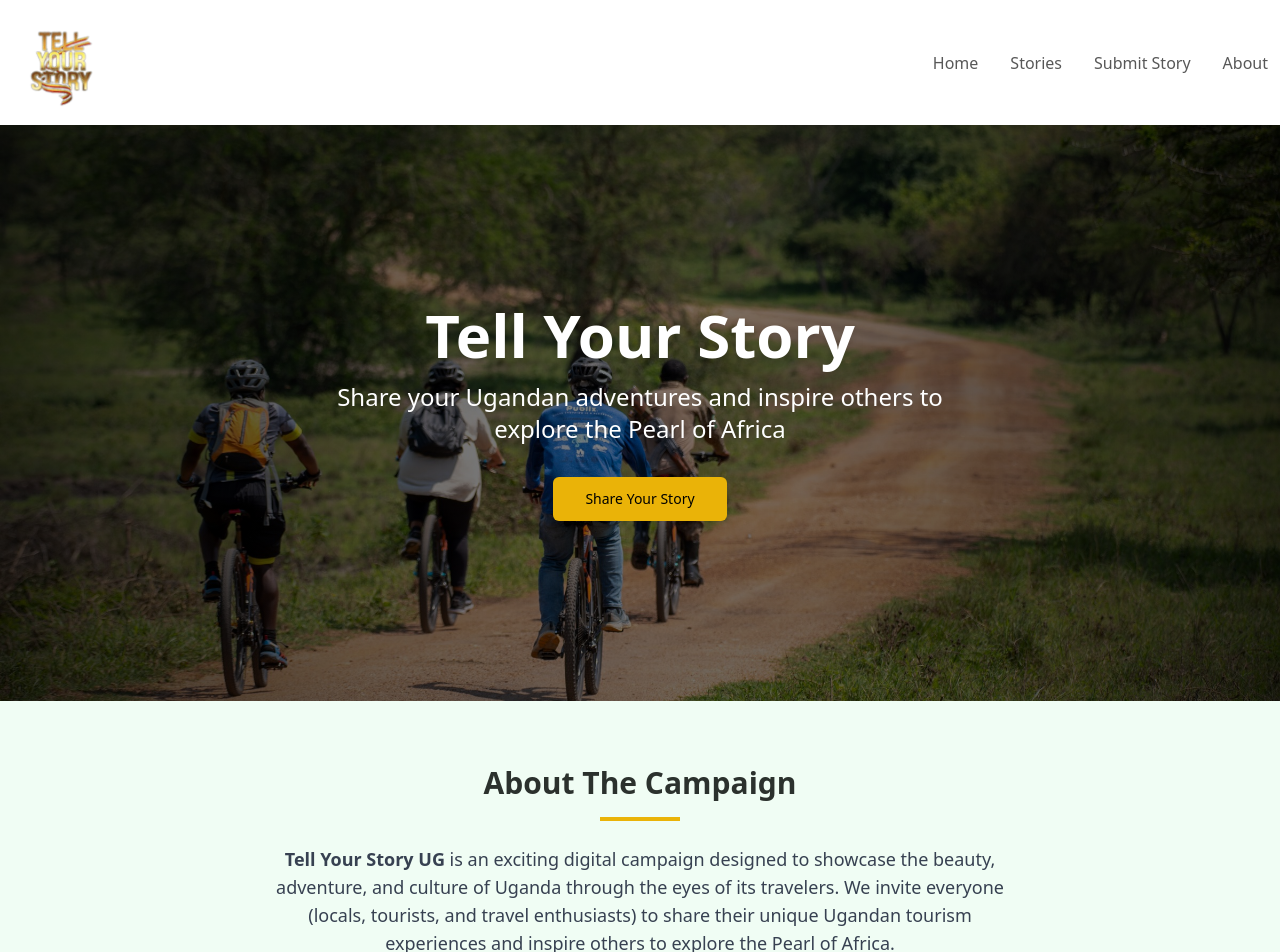
Repository: kaizoku010/take.part
Page: /
The author's editor kept a copy of each file at every save. The page is drawn from the files as they stood at one save, then again after a run of saves.
The browser window is 1280 px wide. The pictures show the part of the page from y = 0 to 952 px (the page is 2996 px tall before and 2988 px after).
The project was rebuilt for these pictures with package versions that can differ from the ones it lists, and the page was loaded fresh each time. Also part of the build but not shown: vite.config.ts, src/components/ui/tooltip.tsx, src/pages/About.tsx, src/components/ui/input.tsx, src/pages/Stories.tsx, src/pages/StoryDetail.tsx, src/components/ui/use-toast.ts, src/components/ui/label.tsx and 3 more.

Above is the page before, as saved 2025-04-14 14:42:03.

### index.html

<!DOCTYPE html>
<html lang="en">
  <head>
    <meta charset="UTF-8" />
    <meta name="viewport" content="width=device-width, initial-scale=1.0" />
    <title>Tell Your Story</title>
    <meta name="description" content="Share your Ugandan tourism experiences and inspire others to explore the Pearl of Africa" />
    <meta name="author" content="muneza dixon" />

    <meta property="og:title" content="Tell Your Story UG - Explore Uganda" />
    <meta property="og:description" content="Share your Ugandan tourism experiences and inspire others to explore the Pearl of Africa" />

    <!-- Meta Pixel Code -->
    <script>
    !function(f,b,e,v,n,t,s)
    {if(f.fbq)return;n=f.fbq=function(){n.callMethod?
    n.callMethod.apply(n,arguments):n.queue.push(arguments)};
    if(!f._fbq)f._fbq=n;n.push=n;n.loaded=!0;n.version='2.0';
    n.queue=[];t=b.createElement(e);t.async=!0;
    t.src=v;s=b.getElementsByTagName(e)[0];
    s.parentNode.insertBefore(t,s)}(window, document,'script',
    'https://connect.facebook.net/en_US/fbevents.js');
    fbq('init', '1846327909352916');
    fbq('track', 'PageView');
    </script>
    <!-- End Meta Pixel Code -->
  </head>

  <body>
    <div id="root"></div>
    <!-- Facebook Pixel noscript -->
    <noscript><img height="1" width="1" style="display:none"
    src="https://www.facebook.com/tr?id=1846327909352916&ev=PageView&noscript=1"
    /></noscript>
    <!-- IMPORTANT: DO NOT REMOVE THIS SCRIPT TAG OR THIS VERY COMMENT! -->
    <script src="https://cdn.gpteng.co/gptengineer.js" type="module"></script>
    <script type="module" src="/src/main.tsx"></script>
  </body>
</html>

### src/App.tsx

import { Toaster } from "@/components/ui/toaster";
import { Toaster as Sonner } from "@/components/ui/sonner";
import { TooltipProvider } from "@/components/ui/tooltip";
import { QueryClient, QueryClientProvider } from "@tanstack/react-query";
import { BrowserRouter, Routes, Route } from "react-router-dom";
import Home from "./pages/Home";
import About from "./pages/About";
import Stories from "./pages/Stories";
import StoryDetail from "./pages/StoryDetail";
import SubmitStory from "./pages/SubmitStory";
import NotFound from "./pages/NotFound";
import "./mdx.css";

const queryClient = new QueryClient();

const App = () => (
  <QueryClientProvider client={queryClient}>
    <TooltipProvider>
      <Toaster />
      <Sonner />
      <BrowserRouter>
        <Routes>
          <Route path="/" element={<Home />} />
          <Route path="/about" element={<About />} />
          <Route path="/stories" element={<Stories />} />
          <Route path="/stories/:id" element={<StoryDetail />} />
          <Route path="/submit-story" element={<SubmitStory />} />
          {/* ADD ALL CUSTOM ROUTES ABOVE THE CATCH-ALL "*" ROUTE */}
          <Route path="*" element={<NotFound />} />
        </Routes>
      </BrowserRouter>
    </TooltipProvider>
  </QueryClientProvider>
);

export default App;

### src/index.css
@tailwind base;
@tailwind components;
@tailwind utilities;

@layer base {
  :root {
    --background: 0 0% 100%;
    --foreground: 222.2 84% 4.9%;

    --card: 0 0% 100%;
    --card-foreground: 222.2 84% 4.9%;

    --popover: 0 0% 100%;
    --popover-foreground: 222.2 84% 4.9%;

    /* Main Orange/Gold */
    --primary: 41.81 100% 49.8%;
    --primary-foreground: 210 40% 98%;

    /* Rust Red */
    --secondary: 5.38 63.88% 44.51%;
    --secondary-foreground: 210 40% 98%;

    /* Change accent to Rust Red */
    --accent: 5.38 63.88% 44.51%;
    --accent-foreground: 210 40% 98%;

    --muted: 210 40% 96.1%;
    --muted-foreground: 215.4 16.3% 46.9%;

    --destructive: 0 84.2% 60.2%;
    --destructive-foreground: 210 40% 98%;

    --border: 214.3 31.8% 91.4%;
    --input: 214.3 31.8% 91.4%;
    --ring: 5.38 63.88% 44.51%;  /* Changed to Rust Red */

    --radius: 0.5rem;

    --sidebar-background: 0 0% 98%;

    --sidebar-foreground: 240 5.3% 26.1%;

    --sidebar-primary: 240 5.9% 10%;

    --sidebar-primary-foreground: 0 0% 98%;

    --sidebar-accent: 240 4.8% 95.9%;

    --sidebar-accent-foreground: 240 5.9% 10%;

    --sidebar-border: 220 13% 91%;

    --sidebar-ring: 217.2 91.2% 59.8%;
  }

  .dark {
    --background: 222.2 84% 4.9%;
    --foreground: 210 40% 98%;

    --card: 222.2 84% 4.9%;
    --card-foreground: 210 40% 98%;

    --popover: 222.2 84% 4.9%;
    --popover-foreground: 210 40% 98%;

    /* Main Orange/Gold */
    --primary: 41.81 100% 49.8%;
    --primary-foreground: 210 40% 98%;

    /* Rust Red */
    --secondary: 5.38 63.88% 44.51%;
    --secondary-foreground: 210 40% 98%;

    /* Change accent to Rust Red */
    --accent: 5.38 63.88% 44.51%;
    --accent-foreground: 210 40% 98%;

    --muted: 217.2 32.6% 17.5%;
    --muted-foreground: 215 20.2% 65.1%;

    --destructive: 0 62.8% 30.6%;
    --destructive-foreground: 210 40% 98%;

    --border: 217.2 32.6% 17.5%;
    --input: 217.2 32.6% 17.5%;
    --ring: 5.38 63.88% 44.51%;  /* Changed to Rust Red */
    --sidebar-background: 240 5.9% 10%;
    --sidebar-foreground: 240 4.8% 95.9%;
    --sidebar-primary: 224.3 76.3% 48%;
    --sidebar-primary-foreground: 0 0% 100%;
    --sidebar-accent: 240 3.7% 15.9%;
    --sidebar-accent-foreground: 240 4.8% 95.9%;
    --sidebar-border: 240 3.7% 15.9%;
    --sidebar-ring: 217.2 91.2% 59.8%;
  }
}

@layer base {
  * {
    @apply border-border;
  }

  body {
    @apply bg-background text-foreground;
  }
}

### src/components/ui/toaster.tsx
import { useToast } from "@/hooks/use-toast"
import {
  Toast,
  ToastClose,
  ToastDescription,
  ToastProvider,
  ToastTitle,
  ToastViewport,
} from "@/components/ui/toast"

export function Toaster() {
  const { toasts } = useToast()

  return (
    <ToastProvider>
      {toasts.map(function ({ id, title, description, action, ...props }) {
        return (
          <Toast key={id} {...props}>
            <div className="grid gap-1">
              {title && <ToastTitle>{title}</ToastTitle>}
              {description && (
                <ToastDescription>{description}</ToastDescription>
              )}
            </div>
            {action}
            <ToastClose />
          </Toast>
        )
      })}
      <ToastViewport />
    </ToastProvider>
  )
}

### src/components/ui/sonner.tsx
import { useTheme } from "next-themes"
import { Toaster as Sonner, toast } from "sonner"

type ToasterProps = React.ComponentProps<typeof Sonner>

const Toaster = ({ ...props }: ToasterProps) => {
  const { theme = "system" } = useTheme()

  return (
    <Sonner
      theme={theme as ToasterProps["theme"]}
      className="toaster group"
      toastOptions={{
        classNames: {
          toast:
            "group toast group-[.toaster]:bg-background group-[.toaster]:text-foreground group-[.toaster]:border-border group-[.toaster]:shadow-lg",
          description: "group-[.toast]:text-muted-foreground",
          actionButton:
            "group-[.toast]:bg-primary group-[.toast]:text-primary-foreground",
          cancelButton:
            "group-[.toast]:bg-muted group-[.toast]:text-muted-foreground",
        },
      }}
      {...props}
    />
  )
}

export { Toaster, toast }

### src/mdx.css
/* #hero-text{
    font-size: medium !important;
} */

#logo{
    width: 6rem !important;
}

#link{
    font-weight: 500;
color:rgba(0, 0, 0, 0.658) !important;
}


.bg-green-800{
    background-color: #ba3629 !important;
}

.bg-yellow-800{
    background-color: rgb(254, 177, 0) !important;
}

.bg-green-900 {
    color: rgb(54, 53, 53) !important;
background-color: rgb(185, 183, 183) !important;
}


.text-green-800 {
    --tw-text-opacity: 1;
    color: rgb(43 49 45) !important;
}


#carousel-section{
    padding-top: 5rem;
    padding-bottom: 5rem;
    background-color: #feb100 !important;
}

.bg-background {
    background-color: #212120 !important;
}

### src/components/ui/button.tsx
import * as React from "react"
import { Slot } from "@radix-ui/react-slot"
import { cva, type VariantProps } from "class-variance-authority"

import { cn } from "@/lib/utils"

const buttonVariants = cva(
  "inline-flex items-center justify-center gap-2 whitespace-nowrap rounded-md text-sm font-medium ring-offset-background transition-colors focus-visible:outline-none focus-visible:ring-2 focus-visible:ring-ring focus-visible:ring-offset-2 disabled:pointer-events-none disabled:opacity-50 [&_svg]:pointer-events-none [&_svg]:size-4 [&_svg]:shrink-0",
  {
    variants: {
      variant: {
        default: "bg-primary text-primary-foreground hover:bg-primary/90",
        destructive:
          "bg-destructive text-destructive-foreground hover:bg-destructive/90",
        outline:
          "border border-input bg-background hover:bg-accent hover:text-accent-foreground",
        secondary:
          "bg-secondary text-secondary-foreground hover:bg-secondary/80",
        ghost: "hover:bg-accent hover:text-accent-foreground",
        link: "text-primary underline-offset-4 hover:underline",
      },
      size: {
        default: "h-10 px-4 py-2",
        sm: "h-9 rounded-md px-3",
        lg: "h-11 rounded-md px-8",
        icon: "h-10 w-10",
      },
    },
    defaultVariants: {
      variant: "default",
      size: "default",
    },
  }
)

export interface ButtonProps
  extends React.ButtonHTMLAttributes<HTMLButtonElement>,
    VariantProps<typeof buttonVariants> {
  asChild?: boolean
}

const Button = React.forwardRef<HTMLButtonElement, ButtonProps>(
  ({ className, variant, size, asChild = false, ...props }, ref) => {
    const Comp = asChild ? Slot : "button"
    return (
      <Comp
        className={cn(buttonVariants({ variant, size, className }))}
        ref={ref}
        {...props}
      />
    )
  }
)
Button.displayName = "Button"

export { Button, buttonVariants }

### src/components/ui/card.tsx
import * as React from "react"

import { cn } from "@/lib/utils"

const Card = React.forwardRef<
  HTMLDivElement,
  React.HTMLAttributes<HTMLDivElement>
>(({ className, ...props }, ref) => (
  <div
    ref={ref}
    className={cn(
      "rounded-lg border bg-card text-card-foreground shadow-sm",
      className
    )}
    {...props}
  />
))
Card.displayName = "Card"

const CardHeader = React.forwardRef<
  HTMLDivElement,
  React.HTMLAttributes<HTMLDivElement>
>(({ className, ...props }, ref) => (
  <div
    ref={ref}
    className={cn("flex flex-col space-y-1.5 p-6", className)}
    {...props}
  />
))
CardHeader.displayName = "CardHeader"

const CardTitle = React.forwardRef<
  HTMLParagraphElement,
  React.HTMLAttributes<HTMLHeadingElement>
>(({ className, ...props }, ref) => (
  <h3
    ref={ref}
    className={cn(
      "text-2xl font-semibold leading-none tracking-tight",
      className
    )}
    {...props}
  />
))
CardTitle.displayName = "CardTitle"

const CardDescription = React.forwardRef<
  HTMLParagraphElement,
  React.HTMLAttributes<HTMLParagraphElement>
>(({ className, ...props }, ref) => (
  <p
    ref={ref}
    className={cn("text-sm text-muted-foreground", className)}
    {...props}
  />
))
CardDescription.displayName = "CardDescription"

const CardContent = React.forwardRef<
  HTMLDivElement,
  React.HTMLAttributes<HTMLDivElement>
>(({ className, ...props }, ref) => (
  <div ref={ref} className={cn("p-6 pt-0", className)} {...props} />
))
CardContent.displayName = "CardContent"

const CardFooter = React.forwardRef<
  HTMLDivElement,
  React.HTMLAttributes<HTMLDivElement>
>(({ className, ...props }, ref) => (
  <div
    ref={ref}
    className={cn("flex items-center p-6 pt-0", className)}
    {...props}
  />
))
CardFooter.displayName = "CardFooter"

export { Card, CardHeader, CardFooter, CardTitle, CardDescription, CardContent }

### src/components/layout/Layout.tsx

import { ReactNode } from "react";
import Header from "./Header";
import Footer from "./Footer";

interface LayoutProps {
  children: ReactNode;
}

const Layout = ({ children }: LayoutProps) => {
  return (
    <div className="flex flex-col min-h-screen">
      <Header />
      <main className="flex-grow">
        {children}
      </main>
      <Footer />
    </div>
  );
};

export default Layout;

### src/components/layout/Header.tsx

import { useState } from "react";
import { Menu, X } from "lucide-react";
import { Link } from "react-router-dom";
import Logo from "../../media/logo.png";

const Header = () => {
  const [isMenuOpen, setIsMenuOpen] = useState(false);

  const toggleMenu = () => {
    setIsMenuOpen(!isMenuOpen);
  };

  return (
    <header className="text-white shadow-md">
      <div className="container mx-auto px-3 py-2">
        <div className="flex justify-between items-center">
          <Link to="/" className="text-2xl font-bold flex items-center gap-2">
            <img id="logo" src={Logo} alt="Logo" />
            {/* <span className="text-white">Tell Your Story</span> */}
          </Link>

          {/* Desktop Navigation */}
          <nav className="hidden md:flex space-x-8">
            <Link to="/" id="link" className="hover:text-yellow-400 transition-colors">Home</Link>
            <Link to="/stories" id="link" className="hover:text-yellow-400 transition-colors">Stories</Link>
            <Link to="/submit-story" id="link" className="hover:text-yellow-400 transition-colors">Submit Story</Link>
            <Link to="/about" id="link" className="hover:text-yellow-400 transition-colors">About</Link>
          </nav>

          {/* Mobile Menu Button */}
          <button
            onClick={toggleMenu}
            className="md:hidden text-white focus:outline-none"
          >
            {isMenuOpen ? <X size={24} /> : <Menu size={24} />}
          </button>
        </div>

        {/* Mobile Navigation */}
        {isMenuOpen && (
          <nav className="md:hidden pt-4 pb-2">
            <div className="flex flex-col space-y-3">
              <Link
                to="/"
                id="link"
                className="hover:text-yellow-400 transition-colors py-2"
                onClick={() => setIsMenuOpen(false)}
              >
                Home
              </Link>
              <Link
                to="/stories"
                id="link"
                className="hover:text-yellow-400 transition-colors py-2"
                onClick={() => setIsMenuOpen(false)}
              >
                Stories
              </Link>
              <Link
                to="/submit-story"
                id="link"
                className="hover:text-yellow-400 transition-colors py-2"
                onClick={() => setIsMenuOpen(false)}
              >
                Submit Story
              </Link>
              <Link
                to="/about"
                id="link"
                className="hover:text-yellow-400 transition-colors py-2"
                onClick={() => setIsMenuOpen(false)}
              >
                About
              </Link>
            </div>
          </nav>
        )}
      </div>
    </header>
  );
};

export default Header;

### src/components/layout/Footer.tsx

import { Facebook, Instagram, Twitter } from "lucide-react";
import { Link } from "react-router-dom";

const Footer = () => {
  return (
    <footer className="bg-green-900 text-white py-8">
      <div className="container mx-auto px-4">
        <div className="grid grid-cols-1 md:grid-cols-3 gap-8">
          <div>
            <h3 className="text-xl font-bold mb-4">Tell Your Story UG</h3>
            <p className="text-gray-300">
              Showcasing the beauty, adventure, and culture of Uganda through the eyes of its travelers.
            </p>
          </div>

          <div>
            <h3 className="text-xl font-bold mb-4">Quick Links</h3>
            <ul className="space-y-2">
              <li><Link to="/" className="text-gray-300 hover:text-yellow-400 transition-colors">Home</Link></li>
              <li><Link to="/stories" className="text-gray-300 hover:text-yellow-400 transition-colors">Stories</Link></li>
              <li><Link to="/submit-story" className="text-gray-300 hover:text-yellow-400 transition-colors">Submit Story</Link></li>
              <li><Link to="/about" className="text-gray-300 hover:text-yellow-400 transition-colors">About</Link></li>
            </ul>
          </div>

          <div>
            <h3 className="text-xl font-bold mb-4">Connect With Us</h3>
            <div className="flex space-x-4">
              <a href="https://facebook.com" target="_blank" rel="noopener noreferrer" className="hover:text-yellow-400 transition-colors">
                <Facebook size={24} />
              </a>
              <a href="https://twitter.com" target="_blank" rel="noopener noreferrer" className="hover:text-yellow-400 transition-colors">
                <Twitter size={24} />
              </a>
              <a href="https://instagram.com" target="_blank" rel="noopener noreferrer" className="hover:text-yellow-400 transition-colors">
                <Instagram size={24} />
              </a>
            </div>
            <p className="mt-4 text-gray-300">
              Email: <a href="mailto:info@tellyourstoryug.com" className="hover:text-yellow-400 transition-colors">info@tellyourstoryug.com</a>
            </p>
          </div>
        </div>

        <div className="mt-8 pt-4 border-t border-green-800 text-center text-gray-300">
          <p>&copy; {new Date().getFullYear()} Tell Your Story UG. All rights reserved.</p>
        </div>
      </div>
    </footer>
  );
};

export default Footer;

### tailwind.config.ts
import type { Config } from "tailwindcss";

export default {
	darkMode: ["class"],
	content: [
		"./pages/**/*.{ts,tsx}",
		"./components/**/*.{ts,tsx}",
		"./app/**/*.{ts,tsx}",
		"./src/**/*.{ts,tsx}",
	],
	prefix: "",
	theme: {
		container: {
			center: true,
			padding: '2rem',
			screens: {
				'2xl': '1400px'
			}
		},
		extend: {
			colors: {
				main: 'hsl(41.81, 100%, 49.8%)',    // Orange/Gold
				accent: 'hsl(5.38, 63.88%, 44.51%)', // Rust Red
				border: 'hsl(var(--border))',
				input: 'hsl(var(--input))',
				ring: 'hsl(var(--ring))',
				background: 'hsl(var(--background))',
				foreground: 'hsl(var(--foreground))',
				primary: {
					DEFAULT: 'hsl(var(--primary))',
					foreground: 'hsl(var(--primary-foreground))'
				},
				secondary: {
					DEFAULT: 'hsl(var(--secondary))',
					foreground: 'hsl(var(--secondary-foreground))'
				},
				destructive: {
					DEFAULT: 'hsl(var(--destructive))',
					foreground: 'hsl(var(--destructive-foreground))'
				},
				muted: {
					DEFAULT: 'hsl(var(--muted))',
					foreground: 'hsl(var(--muted-foreground))'
				},
				// accent: {
				// 	DEFAULT: 'hsl(var(--accent))',
				// 	foreground: 'hsl(var(--accent-foreground))'
				// },
				popover: {
					DEFAULT: 'hsl(var(--popover))',
					foreground: 'hsl(var(--popover-foreground))'
				},
				card: {
					DEFAULT: 'hsl(var(--card))',
					foreground: 'hsl(var(--card-foreground))'
				},
				sidebar: {
					DEFAULT: 'hsl(var(--sidebar-background))',
					foreground: 'hsl(var(--sidebar-foreground))',
					primary: 'hsl(var(--sidebar-primary))',
					'primary-foreground': 'hsl(var(--sidebar-primary-foreground))',
					accent: 'hsl(var(--sidebar-accent))',
					'accent-foreground': 'hsl(var(--sidebar-accent-foreground))',
					border: 'hsl(var(--sidebar-border))',
					ring: 'hsl(var(--sidebar-ring))'
				}
			},
			borderRadius: {
				lg: 'var(--radius)',
				md: 'calc(var(--radius) - 2px)',
				sm: 'calc(var(--radius) - 4px)'
			},
			keyframes: {
				'accordion-down': {
					from: {
						height: '0'
					},
					to: {
						height: 'var(--radix-accordion-content-height)'
					}
				},
				'accordion-up': {
					from: {
						height: 'var(--radix-accordion-content-height)'
					},
					to: {
						height: '0'
					}
				}
			},
			animation: {
				'accordion-down': 'accordion-down 0.2s ease-out',
				'accordion-up': 'accordion-up 0.2s ease-out'
			}
		}
	},
	plugins: [require("tailwindcss-animate")],
} satisfies Config;

Loaded but not shown: src/main.tsx (common file); src/hooks/use-toast.ts (common file); src/lib/utils.ts (common file); src/pages/Home.tsx (244 lines, source omitted); src/components/ui/carousel.tsx (260 lines, source omitted); src/components/ui/toast.tsx (127 lines, source omitted)

After the next 2 saves:
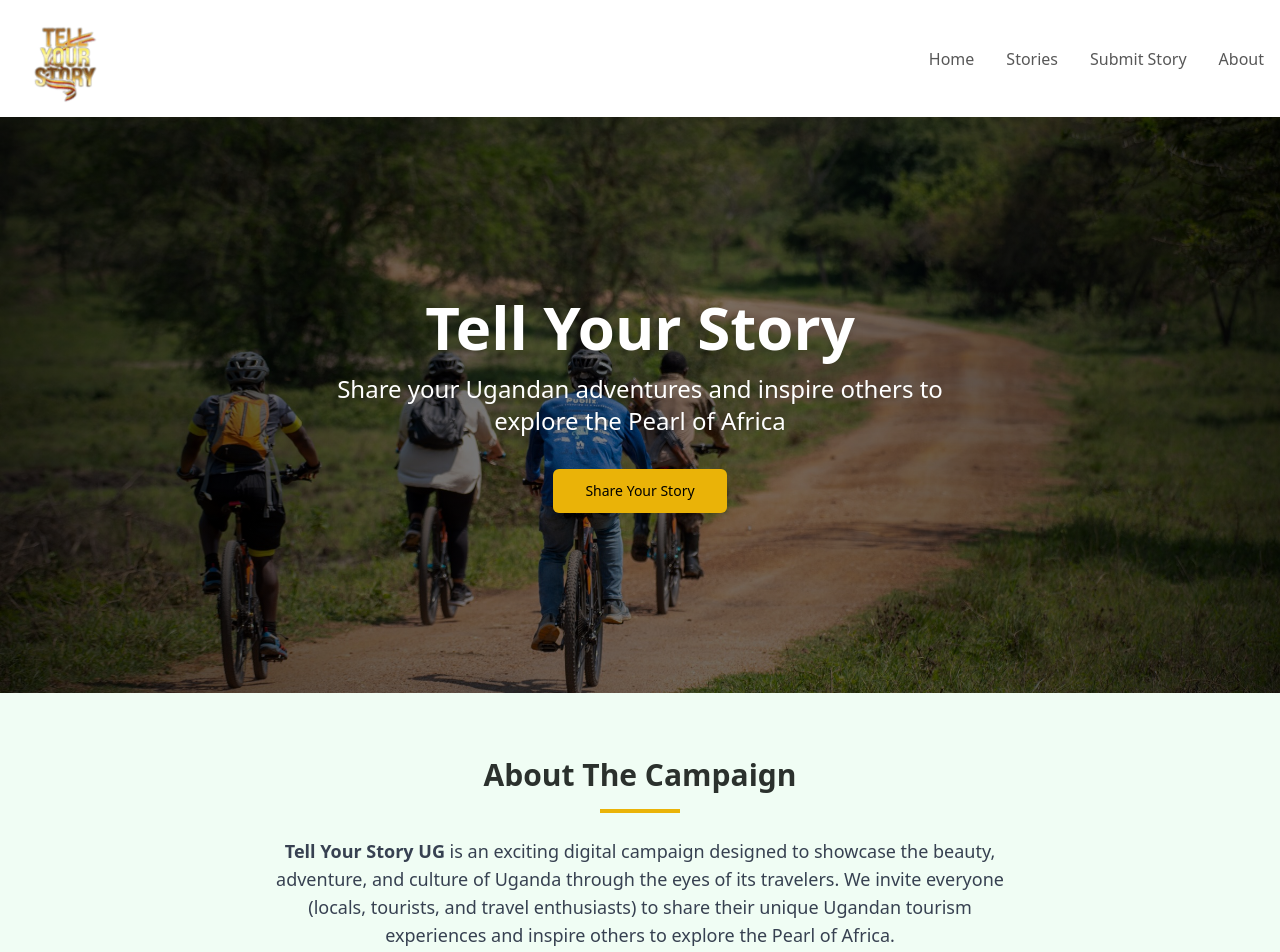
The 2 saves are shown as one change because they came seconds apart.
The last was saved 9 s later.
--- a/src/components/layout/Header.tsx
+++ b/src/components/layout/Header.tsx
@@ -13,7 +13,7 @@ const Header = () => {
 
   return (
     <header className="text-white shadow-md">
-      <div className="container mx-auto px-3 py-2">
+      <div className="container mx-auto px-4 py-1">
         <div className="flex justify-between items-center">
           <Link to="/" className="text-2xl font-bold flex items-center gap-2">
             <img id="logo" src={Logo} alt="Logo" />
